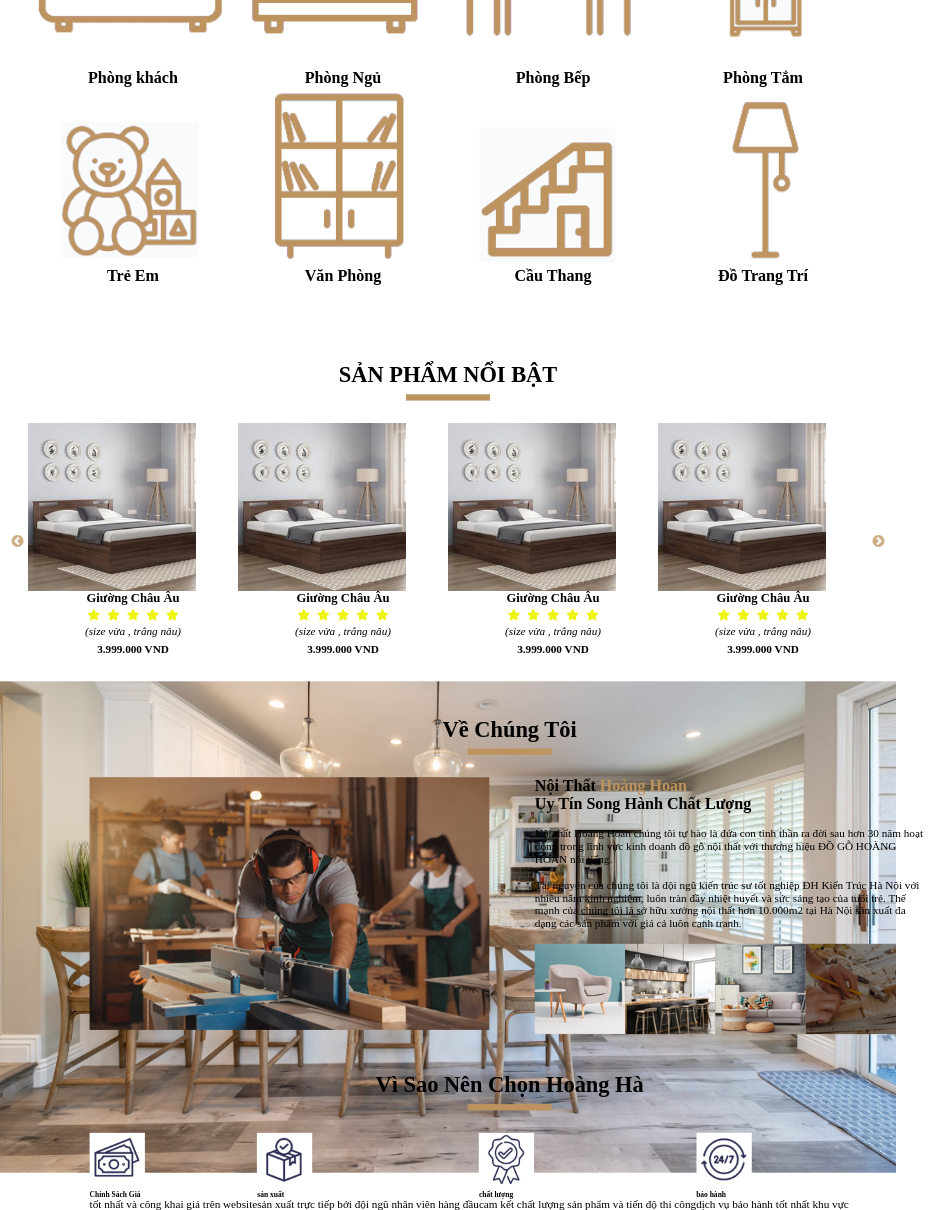
Repository: LDDUNG2003/front_end
Page: index.html
An editor plug-in stored every save of this project. The page is shown before and after the next save, followed by the edit.
The browser window is 1280 px wide. The page is 1328 px wide, so the pictures cover 1328 px, including what lies to the right of the window. The pictures show the part of the page from y = 786 to 2626 px (the page is 2515 px tall before and 2626 px after), at 70% of full size.
Some web libraries are served in a nearby version.

Above is the page before, as saved 2023-08-29 10:53:01.

### index.html
<!DOCTYPE html>
<html lang="en">

<head>
    <meta charset="UTF-8">
    <meta name="viewport" content="width=device-width, initial-scale=1.0">
    <title>Document</title>
    <link rel="stylesheet" href="https://cdnjs.cloudflare.com/ajax/libs/font-awesome/6.4.2/css/all.min.css" integrity="sha512-z3gLpd7yknf1YoNbCzqRKc4qyor8gaKU1qmn+CShxbuBusANI9QpRohGBreCFkKxLhei6S9CQXFEbbKuqLg0DA==" crossorigin="anonymous" referrerpolicy="no-referrer"
    />
    <link rel="stylesheet" type="text/css" href="//cdn.jsdelivr.net/npm/slick-carousel@1.8.1/slick/slick.css" />
    <link rel="stylesheet" type="text/css" href="//cdn.jsdelivr.net/npm/slick-carousel@1.8.1/slick/slick-theme.css" />
    <link rel="stylesheet" href="./public/css/base.css">
    <link rel="stylesheet" href="./public/css/home.css">
    <script src="https://kit.fontawesome.com/9ffed7d99e.js" crossorigin="anonymous"></script>
</head>

<>
    <div class="main">
        <div class="header">
            <div class="navBar">
                <img src="./public/img/logo.png" alt="logo" class="logo">
                <ul class="navBar__list">
                    <li class="navBar__list-item"><a href="" class="navBar__list--link">trang chủ</a></li>
                    <li class="navBar__list-item">
                        <a href="" class="navBar__list--link">giới thiệu</a>
                    </li>
                    <li class="navBar__list-item">
                        <a href="" class="navBar__list--link">sản phẩm</a>
                    </li>
                    <li class="navBar__list-item">
                        <a href="" class="navBar__list--link">đối tác</a>
                    </li>
                    <li class="navBar__list-item">
                        <a href="" class="navBar__list--link">tin tức</a>
                    </li>
                    <li class="navBar__list-item">
                        <a href="" class="navBar__list--link">liên hệ</a>
                    </li>
                </ul>
            </div>
        </div>
        <div class="content">
            <div class="content__banner">
                <div class="content--list-image">
                    <img class="content--image" src="./public/img/banner.png" alt="">
                </div>
                <div class="banner--content">
                    <h2 class="banner--content-text-title">THẾ GIỚI NỘI THẤT SỐ 1 VIỆT NAM</h2>
                    <h2 class="banner--content-text-title" style="color: var(--primary-color)">hoàng hoan</h2>
                    <p class="banner--content-text">Sứ mệnh của chúng tôi là kết hợp hài hòa giữa ý tưởng và mong muốn của khách hàng, đem lại những phút giây thư giãn tuyệt vời bên gia đình và những người thân yêu.</p>
                    <button class="banner--button">LIÊN HỆ NGAY</button>
                </div>
            </div>
            <div class="content__focut">
                <ul class="focut--list">
                    <li class="focut--item">
                        <img src="./public/img/product/icon-phong-khach.png" alt="" class="focut--img">
                        <h6 class="focut--text">Phòng khách</h6>
                    </li>
                    <li class="focut--item">
                        <img src="./public/img/product/icon-phong-ngu.png" alt="" class="focut--img">
                        <h6 class="focut--text">Phòng Ngủ</h6>
                    </li>
                    <li class="focut--item">
                        <img src="./public/img/product/icon-phong-bep.png" alt="" class="focut--img">
                        <h6 class="focut--text">Phòng Bếp</h6>
                    </li>
                    <li class="focut--item">
                        <img src="./public/img/product/icon-phong-tam.png" alt="" class="focut--img">
                        <h6 class="focut--text">Phòng Tắm</h6>
                    </li>
                    <li class="focut--item">
                        <img src="./public/img/product/icon-tre-em.png" alt="" class="focut--img">
                        <h6 class="focut--text">Trẻ Em</h6>
                    </li>
                    <li class="focut--item">
                        <img src="./public/img/product/icon-van-phong.png" alt="" class="focut--img">
                        <h6 class="focut--text">Văn Phòng</h6>
                    </li>
                    <li class="focut--item">
                        <img src="./public/img/product/icon-cau-thang.png" alt="" class="focut--img">
                        <h6 class="focut--text">Cầu Thang</h6>
                    </li>
                    <li class="focut--item">
                        <img src="./public/img/product/icon-do-trang-tri.png" alt="" class="focut--img">
                        <h6 class="focut--text">Đồ Trang Trí</h6>
                    </li>
                </ul>
            </div>
            <div class="content__featured">
                <h2 class="content--title">SẢN PHẨM NỔI BẬT</h2>
                <ul class="featured--list" data-slick='{"slidesToShow": 4, "slidesToScroll": 4}'>
                    <li class="featured--item">
                        <img src="./public/img/featured/giuong-ngu.png" alt="" class="featured--img">
                        <div class="featured--content">
                            <h5 class="featured-name">Giường Châu Âu</h5>
                            <ul class="evaluate--list">
                                <li><i class="fa-solid fa-star" style="color: #eff312;"></i></li>
                                <li><i class="fa-solid fa-star" style="color: #eff312;"></i></li>
                                <li><i class="fa-solid fa-star" style="color: #eff312;"></i></li>
                                <li><i class="fa-solid fa-star" style="color: #eff312;"></i></li>
                                <li><i class="fa-solid fa-star" style="color: #eff312;"></i></li>
                            </ul>
                            <i class="note-product">(size vừa , trắng nâu)</i>
                            <p class="price-product">3.999.000 VND</p>
                        </div>
                    </li>
                    <li class="featured--item">
                        <img src="./public/img/featured/giuong-ngu.png" alt="" class="featured--img">
                        <div class="featured--content">
                            <h5 class="featured-name">Giường Châu Âu</h5>
                            <ul class="evaluate--list">
                                <li><i class="fa-solid fa-star" style="color: #eff312;"></i></li>
                                <li><i class="fa-solid fa-star" style="color: #eff312;"></i></li>
                                <li><i class="fa-solid fa-star" style="color: #eff312;"></i></li>
                                <li><i class="fa-solid fa-star" style="color: #eff312;"></i></li>
                                <li><i class="fa-solid fa-star" style="color: #eff312;"></i></li>
                            </ul>
                            <i class="note-product">(size vừa , trắng nâu)</i>
                            <p class="price-product">3.999.000 VND</p>
                        </div>
                    </li>
                    <li class="featured--item">
                        <img src="./public/img/featured/giuong-ngu.png" alt="" class="featured--img">
                        <div class="featured--content">
                            <h5 class="featured-name">Giường Châu Âu</h5>
                            <ul class="evaluate--list">
                                <li><i class="fa-solid fa-star" style="color: #eff312;"></i></li>
                                <li><i class="fa-solid fa-star" style="color: #eff312;"></i></li>
                                <li><i class="fa-solid fa-star" style="color: #eff312;"></i></li>
                                <li><i class="fa-solid fa-star" style="color: #eff312;"></i></li>
                                <li><i class="fa-solid fa-star" style="color: #eff312;"></i></li>
                            </ul>
                            <i class="note-product">(size vừa , trắng nâu)</i>
                            <p class="price-product">3.999.000 VND</p>
                        </div>
                    </li>
                    <li class="featured--item">
                        <img src="./public/img/featured/giuong-ngu.png" alt="" class="featured--img">
                        <div class="featured--content">
                            <h5 class="featured-name">Giường Châu Âu</h5>
                            <ul class="evaluate--list">
                                <li><i class="fa-solid fa-star" style="color: #eff312;"></i></li>
                                <li><i class="fa-solid fa-star" style="color: #eff312;"></i></li>
                                <li><i class="fa-solid fa-star" style="color: #eff312;"></i></li>
                                <li><i class="fa-solid fa-star" style="color: #eff312;"></i></li>
                                <li><i class="fa-solid fa-star" style="color: #eff312;"></i></li>
                            </ul>
                            <i class="note-product">(size vừa , trắng nâu)</i>
                            <p class="price-product">3.999.000 VND</p>
                        </div>
                    </li>
                    <li class="featured--item">
                        <img src="./public/img/featured/giuong-ngu.png" alt="" class="featured--img">
                        <div class="featured--content">
                            <h5 class="featured-name">Giường Châu Âu</h5>
                            <ul class="evaluate--list">
                                <li><i class="fa-solid fa-star" style="color: #eff312;"></i></li>
                                <li><i class="fa-solid fa-star" style="color: #eff312;"></i></li>
                                <li><i class="fa-solid fa-star" style="color: #eff312;"></i></li>
                                <li><i class="fa-solid fa-star" style="color: #eff312;"></i></li>
                                <li><i class="fa-solid fa-star" style="color: #eff312;"></i></li>
                            </ul>
                            <i class="note-product">(size vừa , trắng nâu)</i>
                            <p class="price-product">3.999.000 VND</p>
                        </div>
                    </li>
                </ul>
            </div>
            <div class="about__us">
                <div class="about--background">
                    <img src="./public/img/about/bg-about-us.jpg" alt="">
                </div>
                <div class="about__us-bag">
                    <div class="about-bag">
                        <div class="about__content ">
                            <h2 class="content--title ">Về Chúng Tôi</h2>
                            <div class="about--block ">
                                <div class="about--content ">
                                    <img src="./public/img/about/ve-chung-toi.jpg" alt=" ">
                                </div>
                                <div class="about--content ">
                                    <h4 class="about--content--title">Nội Thất <span style="color:var(--primary-color);">Hoàng Hoan</span>
                                        <br> Uy Tín Song Hành Chất Lượng
                                    </h4>
                                    <div class="about--text--list">
                                        <p class="about--text">Nội thất Hoàng Hoan chúng tôi tự hào là đứa con tinh thần ra đời sau hơn 30 năm hoạt động trong lĩnh vực kinh doanh đồ gỗ nội thất với thương hiệu ĐỒ GỖ HOÀNG HOAN nổi tiếng.</p>
                                        <p class="about--text">Tài nguyên của chúng tôi là đội ngũ kiến trúc sư tốt nghiệp ĐH Kiến Trúc Hà Nội với nhiều năm kinh nghiệm, luôn tràn đầy nhiệt huyết và sức sáng tạo của tuổi trẻ. Thế mạnh của chúng tôi là sở hữu xưởng nội thất
                                            hơn 10.000m2 tại Hà Nội sản xuất đa dạng các sản phẩm với giá cả luôn cạnh tranh.</p>
                                    </div>
                                    <ul class="about--list">
                                        <li class="about--item">
                                            <img src="./public/img/about/ve-chung-toi-1.jpg" alt="" class="about--img">
                                        </li>
                                        <li class="about--item">
                                            <img src="./public/img/about/ve-chung-toi-2.jpg" alt="" class="about--img">
                                        </li>
                                        <li class="about--item">
                                            <img src="./public/img/about/ve-chung-toi-3.jpg" alt="" class="about--img">
                                        </li>
                                        <li class="about--item">
                                            <img src="./public/img/about/ve-chung-toi-4.jpg" alt="" class="about--img">
                                        </li>
                                    </ul>
                                </div>
                            </div>
                        </div>
                        <div class="about__content ">
                            <h2 class="content--title ">Vì Sao Nên Chọn Hoàng Hà</h2>
                            <div class="choose__choose">
                                <ul class="choose--list">
                                    <li class="choose--item">
                                        <img src="./public/img/about/chinh-sach.jpg" alt="" class="choose-image">
                                        <div class="choose-contain">
                                            <h6 class="choose--content-title">Chính Sách Giá</h6>
                                            <p class="choose--text">tốt nhất và công khai giá trên website</p>
                                        </div>
                                    </li>
                                    <li class="choose--item">
                                        <img src="./public/img/about/san-pham.jpg" alt="" class="choose-image">
                                        <div class="choose-contain">
                                            <h6 class="choose--content-title">sản xuất</h6>
                                            <p class="choose--text">sản xuất trực tiếp bởi đội ngũ nhân viên hàng đầu</p>
                                        </div>
                                    </li>
                                    <li class="choose--item">
                                        <img src="./public/img/about/chat-luong.jpg" alt="" class="choose-image">
                                        <div class="choose-contain">
                                            <h6 class="choose--content-title">chất lượng</h6>
                                            <p class="choose--text">cam kết chất lượng sản phẩm và tiến độ thi công</p>
                                        </div>
                                    </li>
                                    <li class="choose--item">
                                        <img src="./public/img/about/bao-hanh.jpg " alt="" class="choose-image">
                                        <div class="choose-contain">
                                            <h6 class="choose--content-title">bảo hành</h6>
                                            <p class="choose--text">dịch vụ bảo hành tốt nhất khu vực</p>
                                        </div>
                                    </li>
                                </ul>
                            </div>
                        </div>
                    </div>
                </div>
            </div>
        </div>
        <div class="footer "></div>
    </div>
    <script type="text/javascript " src="//code.jquery.com/jquery-1.11.0.min.js "></script>
    <script type="text/javascript " src="//code.jquery.com/jquery-migrate-1.2.1.min.js "></script>
    <script type="text/javascript " src="//cdn.jsdelivr.net/npm/slick-carousel@1.8.1/slick/slick.min.js "></script>
    <script>
        $(document).ready(function() {
            $('.featured--list').slick();
        });
    </script>
    </body>

</html>

### public/css/base.css
* {
    padding: 0px;
    margin: 0px;
}

:root {
    --primary-color: #bd945f;
    --text-color: #222222;
}


/* font setting */

@font-face {
    font-family: "gotham-family";
    src: url(../front/Gotham-Medium.otf);
    font-family: "gotham-linear";
    src: url(../front/Gotham-Thin.otf);
    font-family: "gotham-utral";
    src: url(../front/Gotham-Ultra.otf);
}

* {
    font-family: "gotham-family";
}

.main {
    width: 100%;
}

.header {
    padding: 10px 0px;
    margin: auto;
    width: 100%;
    max-width: 1200px;
}

.navBar {
    display: flex;
    width: 100%;
    justify-content: space-between;
}

.logo {
    height: 80px;
}

.navBar__list {
    display: flex;
    list-style: none;
    align-items: center;
}

.navBar__list-item {
    margin: 0 10px;
}

.navBar__list--link {
    text-transform: uppercase;
    font-size: 16px;
    color: var(--text-color);
    text-decoration: none;
}

.featured--content {}

.featured-name {
    font-size: 18px;
    text-transform: capitalize;
}

.evaluate--list {
    list-style: none;
    display: flex;
    justify-content: center;
}

.evaluate--list li {
    padding: 5px;
    margin: 0;
}

.note-product {}

.price-product {
    padding: 7px 0px;
    font-weight: 800;
    font-size: 16px;
}

.slick-prev:before,
.slick-next:before {
    color: var(--primary-color);
    width: 15px;
}

### public/css/home.css
.content {
    width: 100%;
    max-width: 1500px;
    margin: auto;
}

.content__banner {
    width: 100%;
    position: relative;
}

.content--list-image {
    width: 100%;
    max-width: 1500px;
    margin: auto;
}

.content--image {
    width: 100%;
}

.banner--content {
    position: absolute;
    top: 10%;
    left: 15%;
}

.banner--content-text-title {
    text-transform: uppercase;
    font-family: 800;
    font-family: "gotham-utral";
    font-size: 25px;
}

.banner--content-text {
    font-size: 18px;
    color: var(--text-color);
    width: 420px;
}

.banner--button {
    padding: 20px;
    color: aliceblue;
    background-color: var(--primary-color);
    border: none;
    font-family: "gotham-utral";
    font-size: 18px;
    cursor: pointer;
}

.content__focut {
    position: relative;
    background-color: #ffffff;
    top: -60px;
    max-width: 1200px;
    width: 100%;
    margin: auto;
}

.focut--list {
    margin: auto;
    display: flex;
    width: 100%;
    list-style: none;
    flex-wrap: wrap;
}

.focut--item {
    width: 25%;
    text-align: center;
}

.focut--img {
    width: 100%;
}

.focut--text {
    text-align: center;
    font-size: 23px;
}

.content--title {
    font-size: 32px;
    padding: 50px 0px;
    text-align: center;
    position: relative;
}

.content--title::before {
    content: '';
    background-color: var(--primary-color);
    width: 120px;
    height: 9px;
    position: absolute;
    top: 70%;
    right: 45%;
}

.content__featured {
    width: 100%;
    max-width: 1200px;
    margin: auto;
    padding-bottom: 30px;
}

.featured--list {
    width: 100%;
    list-style: none;
    display: flex;
    text-align: center;
}

.featured--item {}

.featured--img {
    width: 80%;
}

.about__us {
    width: 100%;
    max-width: 1500px;
    margin: auto;
    position: relative;
}

.about--background {
    width: 100%;
}

.about--background img {
    width: 100%;
}

.about__us-bag {
    position: absolute;
    top: 0px;
    width: 100%;
    max-width: 1200px;
    left: 10%;
}

.about__content {
    width: 100%;
}

.about--block {
    display: flex;
    justify-content: space-between;
}

.about--content {
    width: 47%;
}

.about--content--title {
    font-size: 23px;
}

.about--text--list {
    font-size: 16px;
    padding: 10px 0px;
}

.about--text {
    padding: 10px 0px;
}

.about--list {
    list-style: none;
    display: flex;
}

.about--item {}

.about--img {}

.choose__choose {
    width: 100%;
}

.choose--list {
    list-style: none;
    display: flex;
}

.choose--item {}

.choose-image {}

.choose-contain {}

.choose--content-title {}

After the next save:
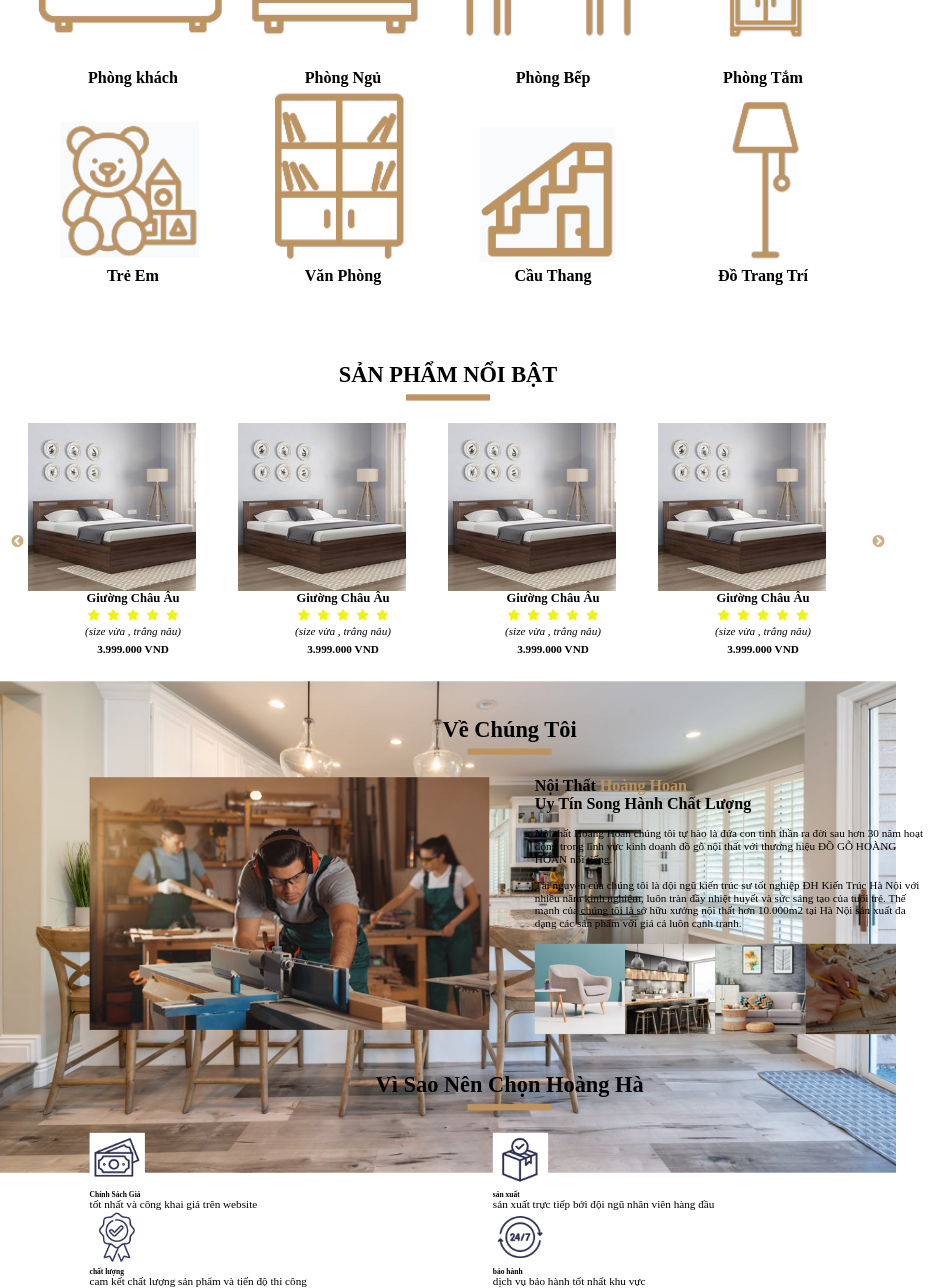
Saved 24 s later.
--- a/public/css/home.css
+++ b/public/css/home.css
@@ -181,9 +181,12 @@
 .choose--list {
     list-style: none;
     display: flex;
+    flex-wrap: wrap;
 }
 
-.choose--item {}
+.choose--item {
+    width: 48%;
+}
 
 .choose-image {}
 
